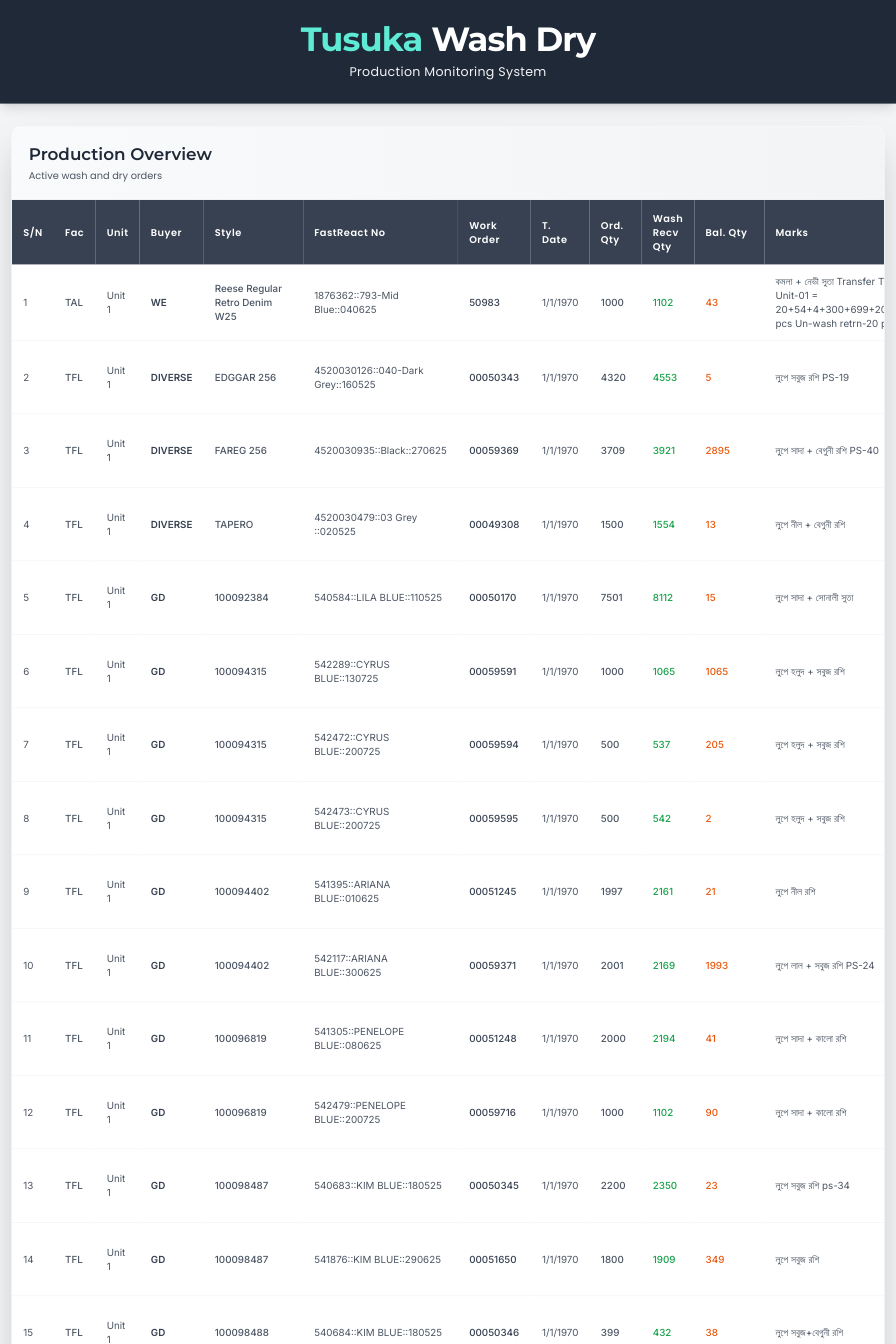
Repository: AhmedMuktadir14218/TusukaDryWash
Page: 1st Wash/index.html
The author's editor kept a copy of each file at every save. The page is drawn from the files as they stood at one save, then again after the next save.
The browser window is 1280 px wide. The pictures show the part of the page from y = 0 to 1920 px (the page is 4107 px tall), at 70% of full size.
Some web libraries are served in a nearby version.

Above is the page before, as saved 2025-07-01 11:45:15.

### 1st Wash/index.html
<!DOCTYPE html>
<html lang="en">
<head>
    <meta charset="UTF-8" />
    <meta name="viewport" content="width=device-width, initial-scale=1.0"/>
    <title>Tusuka Wash Dry</title>
    <script src="https://cdn.tailwindcss.com"></script>
    <link href="https://fonts.googleapis.com/css2?family=Inter:wght@300;400;500;600;700&family=Poppins:wght@400;500;600;700&family=Montserrat:wght@400;500;600;700&display=swap" rel="stylesheet">
    <script src="https://cdn.jsdelivr.net/npm/qrious@4.0.2/dist/qrious.min.js"></script>

    <style>
        /* Custom Typography Classes */
        .font-poppins {
            font-family: 'Poppins', sans-serif;
        }
        .font-inter {
            font-family: 'Inter', sans-serif;
        }
        .font-montserrat {
            font-family: 'Montserrat', sans-serif;
        }

        /* Custom shadow for a more premium feel */
        .shadow-3xl {
            box-shadow: 0 25px 50px -12px rgba(0, 0, 0, 0.25), 0 0 15px rgba(0, 0, 0, 0.08);
        }

        /* Custom scrollbar for better aesthetics */
        .custom-scrollbar::-webkit-scrollbar {
            width: 8px;
        }
        .custom-scrollbar::-webkit-scrollbar-track {
            background: #f1f5f9; /* gray-100 */
            border-radius: 10px;
        }
        .custom-scrollbar::-webkit-scrollbar-thumb {
            background: #cbd5e1; /* gray-400 */
            border-radius: 10px;
        }
        .custom-scrollbar::-webkit-scrollbar-thumb:hover {
            background: #94a3b8; /* gray-500 */
        }

        /* For the checkered pattern on cells as seen in the image */
        .checkered-bg {
            background-image: linear-gradient(45deg, #f0f0f0 25%, transparent 25%, transparent 75%, #f0f0f0 75%, #f0f0f0),
                              linear-gradient(45deg, #f0f0f0 25%, transparent 25%, transparent 75%, #f0f0f0 75%, #f0f0f0);
            background-size: 10px 10px;
            background-position: 0 0, 5px 5px;
        }
    </style>
</head>
<body class="bg-gray-100 text-gray-900 font-inter">
    <div class="bg-gray-800 shadow-lg py-8 mb-8">
        <h1 class="text-5xl font-bold text-center text-white font-montserrat tracking-tight">
            <span class="text-teal-300">Tusuka</span> Wash Dry
        </h1>
        <p class="text-center text-gray-100 mt-2 font-poppins text-lg tracking-wide">Production Monitoring System</p>
    </div>

    <div class="container mx-auto px-4 mb-8">
        <div class="bg-white shadow-2xl rounded-xl overflow-hidden border border-gray-100">
            <div class="p-6 border-b border-gray-200 bg-gradient-to-r from-gray-50 to-gray-100">
                <h2 class="text-2xl font-semibold text-gray-800 font-montserrat">Production Overview</h2>
                <p class="text-sm text-gray-600 font-poppins mt-1">Active wash and dry orders</p>
            </div>

            <div class="overflow-x-auto custom-scrollbar">
                <table class="min-w-full table-auto text-sm">
                    <thead>
                        <tr class="bg-gray-700 text-white font-poppins">
                            <th class="px-4 py-4 font-semibold text-left tracking-wider">S/N</th>
                            <th class="px-4 py-4 font-semibold text-left tracking-wider">Fac</th>
                            <th class="px-4 py-4 font-semibold text-left tracking-wider">Unit</th>
                            <th class="px-4 py-4 font-semibold text-left tracking-wider">Buyer</th>
                            <th class="px-4 py-4 font-semibold text-left tracking-wider">Style</th>
                            <th class="px-4 py-4 font-semibold text-left tracking-wider">FastReact No</th>
                            <th class="px-4 py-4 font-semibold text-left tracking-wider">Work Order</th>
                            <th class="px-4 py-4 font-semibold text-left tracking-wider">T. Date</th>
                            <th class="px-4 py-4 font-semibold text-left tracking-wider">Ord. Qty</th>
                            <th class="px-4 py-4 font-semibold text-left tracking-wider">Wash Recv Qty</th>
                            <th class="px-4 py-4 font-semibold text-left tracking-wider">Bal. Qty</th>
                            <th class="px-4 py-4 font-semibold text-left tracking-wider">Marks</th>
                            <th class="px-4 py-4 font-semibold text-left tracking-wider">1st Wash Qty</th>
                            <th class="px-4 py-4 font-semibold text-left tracking-wider">Action</th>
                        </tr>
                    </thead>

                    <tbody class="divide-y divide-gray-100 font-inter" id="productionTableBody">

                    </tbody>

                </table>
            </div>

            <div class="bg-gradient-to-r from-gray-50 to-gray-100 px-6 py-4 border-t border-gray-200">
                <div class="flex justify-between items-center">
                    <p class="text-sm text-gray-600 font-poppins">Showing 1 to 6 of 6 entries</p>
                    <div class="flex space-x-2 font-poppins">
                        <button class="px-5 py-2 border border-gray-200 rounded-lg text-gray-600 hover:bg-gray-50 transition-colors duration-200 font-medium">
                            Previous
                        </button>
                        <button class="px-5 py-2 border border-gray-200 rounded-lg text-gray-600 hover:bg-gray-50 transition-colors duration-200 font-medium">
                            Next
                        </button>
                    </div>
                </div>
            </div>
        </div>
    </div>

    <div id="batchCardModal" class="fixed inset-0 bg-gray-900 bg-opacity-75 flex items-center justify-center z-50 hidden transition-opacity duration-300 ease-out opacity-0">
        <div class="bg-white rounded-xl shadow-3xl max-w-3xl w-full m-4 transform scale-95 transition-transform duration-300 ease-out overflow-hidden">
            <div class="bg-gray-800 text-white p-6 flex justify-between items-center">
                <h3 class="text-2xl font-bold font-montserrat tracking-wide">Batch Card For 1st Wash</h3>
                <button id="closeBatchModal" class="text-gray-100 hover:text-white transition-colors duration-200 focus:outline-none focus:ring-2 focus:ring-gray-300 rounded-full p-1">
                    <svg class="w-7 h-7" fill="none" stroke="currentColor" viewBox="0 0 24 24" xmlns="http://www.w3.org/2000/svg"><path stroke-linecap="round" stroke-linejoin="round" stroke-width="2" d="M6 18L18 6M6 6l12 12"></path></svg>
                </button>
            </div>

            <div class="p-8 custom-scrollbar max-h-[80vh] overflow-y-auto">
                <div class="border border-gray-300 grid grid-cols-1 md:grid-cols-2">
                    <div class="grid grid-cols-2 border-b md:border-b-0 md:border-r border-gray-300">
                        <div class="border-r border-b border-gray-300 p-2 text-sm font-semibold text-gray-700">Work Order</div>
                        <div class="border-b border-gray-300 p-2 text-sm text-gray-700 font-medium" id="modalBatchWorkOrder"></div>

                        <div class="border-r border-b border-gray-300 p-2 text-sm font-semibold text-gray-700">Style</div>
                        <div class="border-b border-gray-300 p-2 text-sm text-gray-800 font-medium" id="modalBatchStyle"></div>

                        <div class="border-r border-gray-300 p-2 text-sm font-semibold text-gray-700">PO</div>
                        <div class="p-2 text-sm text-gray-800 font-medium" id="modalBatchPO"></div>
                    </div>

                    <div class="grid grid-cols-2">
                        <div class="border-r border-b border-gray-300 p-2 text-sm font-semibold text-gray-700">QR Code</div>
                        <div class="border-b border-gray-300 p-2 text-sm text-gray-800 font-medium flex justify-center items-center">
                            <canvas id="qrCodeCanvas" class="w-30 h-30"></canvas>
                        </div>
                        <div class="border-r border-gray-300 p-2 text-sm font-semibold text-gray-700">Process Step</div>
                        <div class="p-2 text-sm text-gray-800 font-medium">1st Wash</div>
                    </div>
                </div>

                <div class="border border-gray-300 mt-6">
                    <div class="grid grid-cols-3">
                        <div class="border-r border-b border-gray-300 p-2 text-sm font-semibold text-gray-700">Batch No</div>
                        <div class="border-r border-b border-gray-300 p-2 text-sm font-semibold text-gray-700">Batch Qty</div>
                        <div class="border-b border-gray-300 p-2 text-sm font-semibold text-gray-700">Batch Weight</div>
                    </div>
                    <div class="grid grid-cols-3">
                        <div class="border-r border-gray-300 p-2 text-sm text-gray-800 font-medium" id="modalBatchNo">1</div>
                        <div class="border-r border-gray-300 p-2 text-center">
                            <input type="number" id="batchQtyInput" placeholder="input Qty"
                                class="w-full border border-gray-300 rounded-md px-2 py-1 text-center text-gray-800
                                       focus:ring-gray-600 focus:border-gray-600 transition-colors duration-200">
                        </div>
                        <div class="p-2 text-center">
                            <input type="number" id="batchWeightInput" placeholder="input Weight"
                                class="w-full border border-gray-300 rounded-md px-2 py-1 text-center text-gray-800
                                       focus:ring-gray-600 focus:border-gray-600 transition-colors duration-200">
                        </div>
                    </div>
                </div>

                <div class="mt-6 border border-gray-300 rounded-lg overflow-hidden">
                    <div class="bg-gray-100 p-3 text-lg font-semibold text-gray-800 border-b border-gray-200 text-center font-montserrat">Process List</div>
                    <div class="p-4 grid grid-cols-2 md:grid-cols-4 gap-4 text-gray-800 font-inter">
                        <label class="flex items-center">
                            <input type="checkbox" name="batchProcess" value="Process 1" class="form-checkbox h-5 w-5 text-gray-600 rounded-sm focus:ring-gray-500 border-gray-300">
                            <span class="ml-2">Process 1</span>
                        </label>
                        <label class="flex items-center">
                            <input type="checkbox" name="batchProcess" value="Process 2" class="form-checkbox h-5 w-5 text-gray-600 rounded-sm focus:ring-gray-500 border-gray-300">
                            <span class="ml-2">Process 2</span>
                        </label>
                        <label class="flex items-center">
                            <input type="checkbox" name="batchProcess" value="Process 3" class="form-checkbox h-5 w-5 text-gray-600 rounded-sm focus:ring-gray-500 border-gray-300">
                            <span class="ml-2">Process 3</span>
                        </label>
                        <label class="flex items-center">
                            <input type="checkbox" name="batchProcess" value="Process 4" class="form-checkbox h-5 w-5 text-gray-600 rounded-sm focus:ring-gray-500 border-gray-300">
                            <span class="ml-2">Process 4</span>
                        </label>
                        <label class="flex items-center">
                            <input type="checkbox" name="batchProcess" value="Process 5" class="form-checkbox h-5 w-5 text-gray-600 rounded-sm focus:ring-gray-500 border-gray-300">
                            <span class="ml-2">Process 5</span>
                        </label>
                        <label class="flex items-center">
                            <input type="checkbox" name="batchProcess" value="Process 6" class="form-checkbox h-5 w-5 text-gray-600 rounded-sm focus:ring-gray-500 border-gray-300">
                            <span class="ml-2">Process 6</span>
                        </label>
                        <label class="flex items-center">
                            <input type="checkbox" name="batchProcess" value="Process 7" class="form-checkbox h-5 w-5 text-gray-600 rounded-sm focus:ring-gray-500 border-gray-300">
                            <span class="ml-2">Process 7</span>
                        </label>
                        <label class="flex items-center">
                            <input type="checkbox" name="batchProcess" value="Process 8" class="form-checkbox h-5 w-5 text-gray-600 rounded-sm focus:ring-gray-500 border-gray-300">
                            <span class="ml-2">Process 8</span>
                        </label>
                        <label class="flex items-center">
                            <input type="checkbox" name="batchProcess" value="Process 9" class="form-checkbox h-5 w-5 text-gray-600 rounded-sm focus:ring-gray-500 border-gray-300">
                            <span class="ml-2">Process 9</span>
                        </label>
                        <label class="flex items-center">
                            <input type="checkbox" name="batchProcess" value="Process 10" class="form-checkbox h-5 w-5 text-gray-600 rounded-sm focus:ring-gray-500 border-gray-300">
                            <span class="ml-2">Process 10</span>
                        </label>
                        <label class="flex items-center">
                            <input type="checkbox" name="batchProcess" value="Process 11" class="form-checkbox h-5 w-5 text-gray-600 rounded-sm focus:ring-gray-500 border-gray-300">
                            <span class="ml-2">Process 11</span>
                        </label>
                        <label class="flex items-center">
                            <input type="checkbox" name="batchProcess" value="Process 12" class="form-checkbox h-5 w-5 text-gray-600 rounded-sm focus:ring-gray-500 border-gray-300">
                            <span class="ml-2">Process 12</span>
                        </label>
                        <label class="flex items-center">
                            <input type="checkbox" name="batchProcess" value="Process 13" class="form-checkbox h-5 w-5 text-gray-600 rounded-sm focus:ring-gray-500 border-gray-300">
                            <span class="ml-2">Process 13</span>
                        </label>
                        <label class="flex items-center">
                            <input type="checkbox" name="batchProcess" value="Process 14" class="form-checkbox h-5 w-5 text-gray-600 rounded-sm focus:ring-gray-500 border-gray-300">
                            <span class="ml-2">Process 14</span>
                        </label>
                        <label class="flex items-center">
                            <input type="checkbox" name="batchProcess" value="Process 15" class="form-checkbox h-5 w-5 text-gray-600 rounded-sm focus:ring-gray-500 border-gray-300">
                            <span class="ml-2">Process 15</span>
                        </label>
                        <label class="flex items-center">
                            <input type="checkbox" name="batchProcess" value="Process 16" class="form-checkbox h-5 w-5 text-gray-600 rounded-sm focus:ring-gray-500 border-gray-300">
                            <span class="ml-2">Process 16</span>
                        </label>
                        <label class="flex items-center">
                            <input type="checkbox" name="batchProcess" value="Process 17" class="form-checkbox h-5 w-5 text-gray-600 rounded-sm focus:ring-gray-500 border-gray-300">
                            <span class="ml-2">Process 17</span>
                        </label>
                        <label class="flex items-center">
                            <input type="checkbox" name="batchProcess" value="Process 18" class="form-checkbox h-5 w-5 text-gray-600 rounded-sm focus:ring-gray-500 border-gray-300">
                            <span class="ml-2">Process 18</span>
                        </label>
                        <label class="flex items-center">
                            <input type="checkbox" name="batchProcess" value="Process 19" class="form-checkbox h-5 w-5 text-gray-600 rounded-sm focus:ring-gray-500 border-gray-300">
                            <span class="ml-2">Process 19</span>
                        </label>
                    </div>
                </div>
            </div>

            <div class="bg-gray-100 px-8 py-5 border-t border-gray-200 flex justify-end">
                <button type="submit" id="saveBatchData" class="bg-green-600 hover:bg-green-700 text-white font-bold py-3 px-8 rounded-lg shadow-lg hover:shadow-xl transition-all duration-200 transform hover:-translate-y-0.5 flex items-center">
                    <svg class="w-5 h-5 mr-2" fill="none" stroke="currentColor" viewBox="0 0 24 24" xmlns="http://www.w3.org/2000/svg"><path stroke-linecap="round" stroke-linejoin="round" stroke-width="2" d="M5 13l4 4L19 7"></path></svg>
                    Confirm & Save
                </button>
            </div>
        </div>
    </div>

 <script src="script.js"></script>
</body>
</html>

Loaded but not shown: 1st Wash/dataTable.json (571 lines, source omitted); 1st Wash/script.js (198 lines, source omitted)

After the next save:
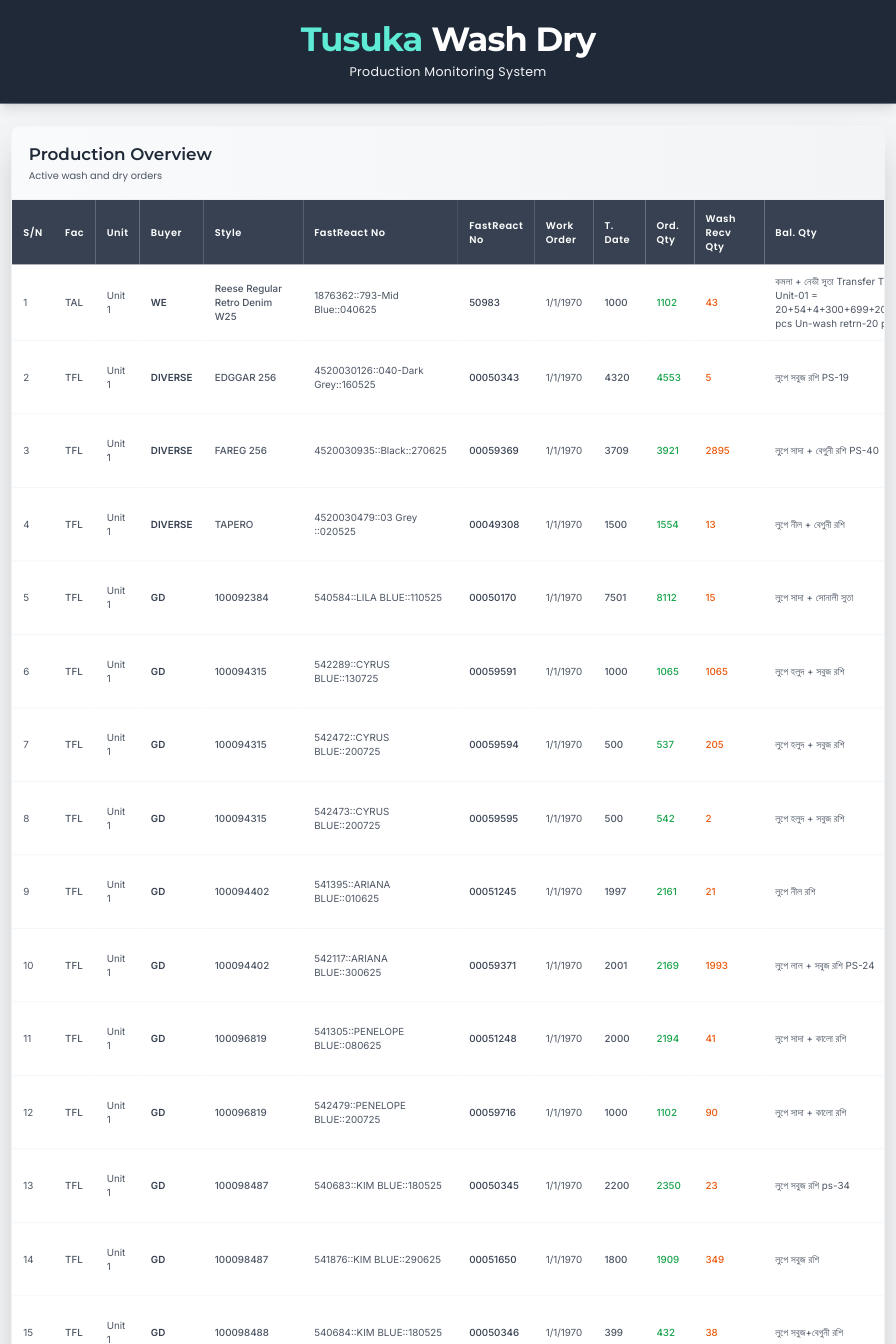
Saved 8 s later.
--- a/1st Wash/index.html
+++ b/1st Wash/index.html
@@ -74,6 +74,7 @@
                             <th class="px-4 py-4 font-semibold text-left tracking-wider">Unit</th>
                             <th class="px-4 py-4 font-semibold text-left tracking-wider">Buyer</th>
                             <th class="px-4 py-4 font-semibold text-left tracking-wider">Style</th>
+                            <th class="px-4 py-4 font-semibold text-left tracking-wider">FastReact No</th>
                             <th class="px-4 py-4 font-semibold text-left tracking-wider">FastReact No</th>
                             <th class="px-4 py-4 font-semibold text-left tracking-wider">Work Order</th>
                             <th class="px-4 py-4 font-semibold text-left tracking-wider">T. Date</th>
